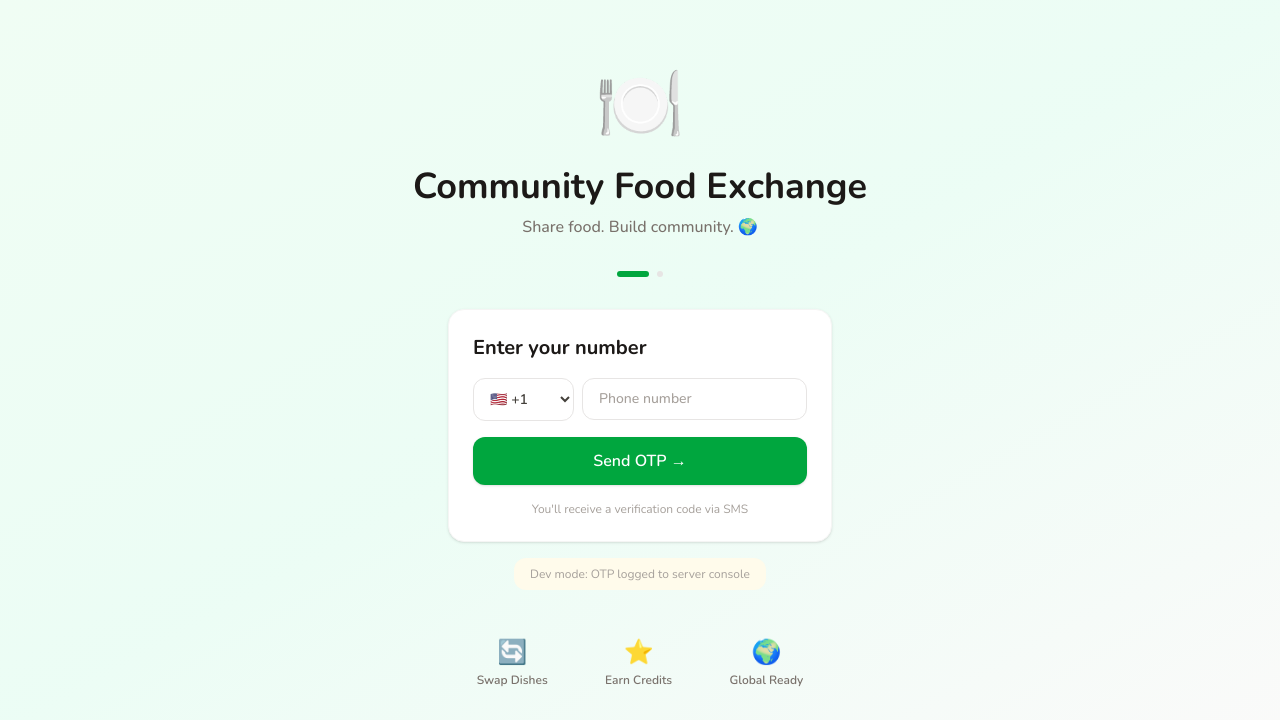
Repository: wikibro93-dot/cfe-app
Page: /login
These files come from the project's save history. The page is drawn as it stood at one moment and after the next save; the edit follows.
The browser window is 1280 px wide. The pictures show the whole page.
The project was rebuilt for these pictures with package versions that can differ from the ones it lists, and the page was loaded fresh each time. The framework's server and built-in components were replaced by stand-ins that run in the browser. Queries for data that is not in the repository find no rows. Also part of the build but not shown: next.config.ts.

Above is the page before, as saved 2026-03-07 18:55:18.

After the next save:
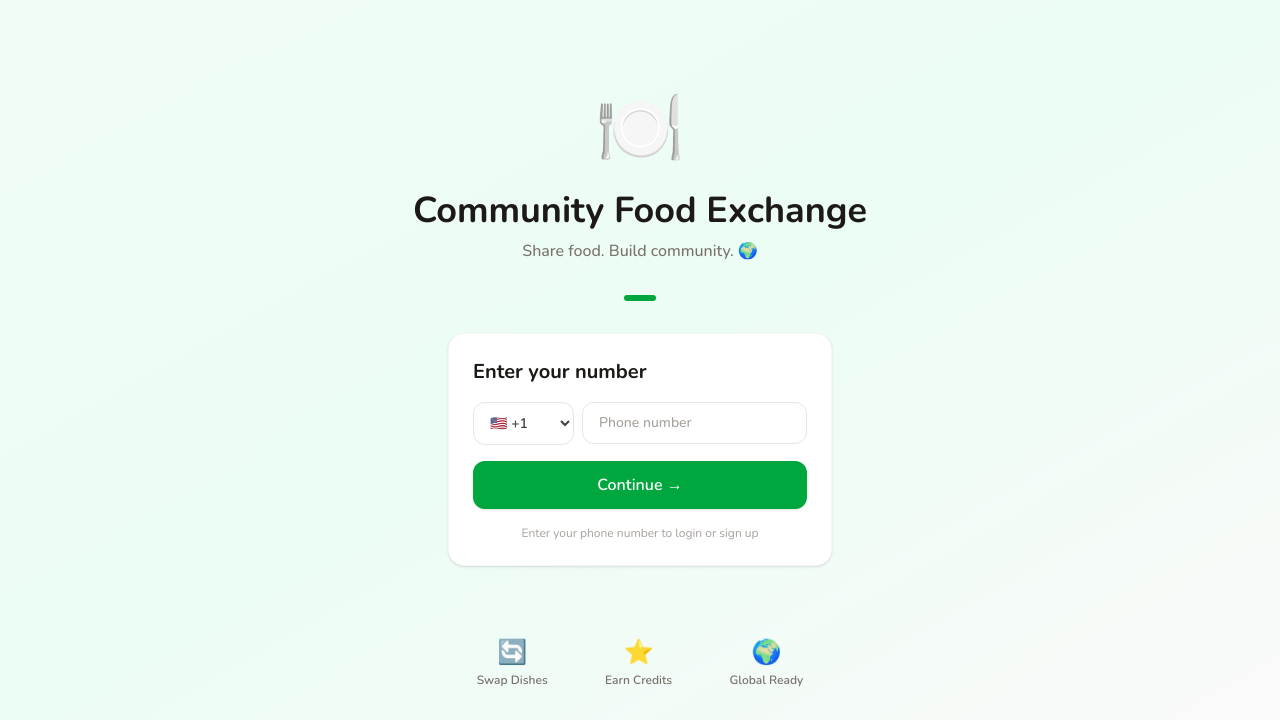
Saved 4 min 38 s later.
--- a/app/login/page.tsx
+++ b/app/login/page.tsx
@@ -7,7 +7,7 @@ import { Button } from "@/components/ui/Button";
 import { Input } from "@/components/ui/Input";
 import toast from "react-hot-toast";
 
-type Step = "phone" | "otp" | "name";
+type Step = "phone" | "name";
 
 const COUNTRIES = [
   { code: "+1", flag: "🇺🇸", name: "US" },
@@ -27,70 +27,70 @@ export default function LoginPage() {
   const [step, setStep] = useState<Step>("phone");
   const [countryCode, setCountryCode] = useState("+1");
   const [phone, setPhone] = useState("");
-  const [otp, setOtp] = useState("");
   const [name, setName] = useState("");
   const [loading, setLoading] = useState(false);
   const [isNewUser, setIsNewUser] = useState(false);
 
   const fullPhone = `${countryCode}${phone.replace(/^0+/, "")}`;
 
-  const handleSendOTP = async () => {
+  const handleLogin = async () => {
     if (!phone || phone.length < 7) {
       toast.error("Enter a valid phone number");
       return;
     }
     setLoading(true);
     try {
-      const res = await fetch("/api/auth/send-otp", {
+      // Detect language and currency
+      const lang = navigator.language?.split("-")[0] || "en";
+      const supportedLangs = ["en", "ur", "de", "es"];
+      const language = supportedLangs.includes(lang) ? lang : "en";
+
+      const res = await fetch("/api/auth/login", {
+        method: "POST",
+        headers: { "Content-Type": "application/json" },
+        body: JSON.stringify({ phone: fullPhone, name: name.trim(), language }),
+      });
+      const data = await res.json();
+      if (!res.ok) throw new Error(data.message);
+
+      setToken(data.token);
+      setUser(data.user);
+      setLanguage(data.user.language || language);
+      setCurrency(data.user.currency || "USD");
+
+      toast.success(`Welcome${isNewUser ? " to CFE!" : " back!"} 🎉`);
+      router.replace("/feed");
+    } catch (err: any) {
+      toast.error(err.message || "Login failed");
+    } finally {
+      setLoading(false);
+    }
+  };
+
+  const handleCheckUser = async () => {
+    if (!phone || phone.length < 7) {
+      toast.error("Enter a valid phone number");
+      return;
+    }
+    setLoading(true);
+    try {
+      const res = await fetch("/api/auth/check-user", {
         method: "POST",
         headers: { "Content-Type": "application/json" },
         body: JSON.stringify({ phone: fullPhone }),
       });
       const data = await res.json();
       if (!res.ok) throw new Error(data.message);
-      setIsNewUser(data.isNewUser);
-      setStep("otp");
-      toast.success(`OTP sent to ${fullPhone}`);
+
+      if (data.isNewUser) {
+        setIsNewUser(true);
+        setStep("name");
+      } else {
+        // Existing user, login directly
+        await handleLogin();
+      }
     } catch (err: any) {
-      toast.error(err.message || "Failed to send OTP");
-    } finally {
-      setLoading(false);
-    }
-  };
-
-  const handleVerifyOTP = async () => {
-    if (otp.length !== 6) {
-      toast.error("Enter the 6-digit OTP");
-      return;
-    }
-    if (isNewUser && !name.trim()) {
-      toast.error("Enter your name");
-      return;
-    }
-    setLoading(true);
-    try {
-      // Detect language and currency
-      const lang = navigator.language?.split("-")[0] || "en";
-      const supportedLangs = ["en", "ur", "de", "es"];
-      const language = supportedLangs.includes(lang) ? lang : "en";
-
-      const res = await fetch("/api/auth/verify-otp", {
-        method: "POST",
-        headers: { "Content-Type": "application/json" },
-        body: JSON.stringify({ phone: fullPhone, code: otp, name: name.trim(), language }),
-      });
-      const data = await res.json();
-      if (!res.ok) throw new Error(data.message);
-
-      setToken(data.token);
-      setUser(data.user);
-      setLanguage(data.user.language || language);
-      setCurrency(data.user.currency || "USD");
-
-      toast.success(`Welcome${isNewUser ? " to CFE!" : " back!"} 🎉`);
-      router.replace("/feed");
-    } catch (err: any) {
-      toast.error(err.message || "Invalid OTP");
+      toast.error(err.message || "Failed to check user");
     } finally {
       setLoading(false);
     }
@@ -110,7 +110,7 @@ export default function LoginPage() {
 
         {/* Step indicators */}
         <div className="flex gap-2 mb-8">
-          {["phone", "otp", ...(isNewUser ? ["name"] : [])].map((s, i) => (
+          {["phone", ...(isNewUser ? ["name"] : [])].map((s, i) => (
             <div
               key={s}
               className={`h-1.5 rounded-full transition-all duration-300 ${
@@ -141,44 +141,36 @@ export default function LoginPage() {
                   placeholder="Phone number"
                   value={phone}
                   onChange={(e) => setPhone(e.target.value)}
-                  onKeyDown={(e) => e.key === "Enter" && handleSendOTP()}
+                  onKeyDown={(e) => e.key === "Enter" && handleCheckUser()}
                 />
               </div>
-              <Button onClick={handleSendOTP} loading={loading} fullWidth size="lg">
-                Send OTP →
+              <Button onClick={handleCheckUser} loading={loading} fullWidth size="lg">
+                Continue →
               </Button>
               <p className="text-xs text-center text-stone-400">
-                You'll receive a verification code via SMS
+                Enter your phone number to login or sign up
               </p>
             </div>
           )}
 
-          {step === "otp" && (
+          {step === "name" && (
             <div className="bg-white rounded-2xl p-6 shadow-sm border border-stone-100 animate-fade-in-up space-y-4">
-              <h2 className="font-bold text-xl text-stone-900">Enter OTP</h2>
-              <p className="text-sm text-stone-500">Sent to {fullPhone}</p>
+              <h2 className="font-bold text-xl text-stone-900">What's your name?</h2>
+              <p className="text-sm text-stone-500">We're creating your account for {fullPhone}</p>
               <Input
-                type="number"
-                placeholder="6-digit code"
-                value={otp}
-                onChange={(e) => setOtp(e.target.value.slice(0, 6))}
-                onKeyDown={(e) => e.key === "Enter" && handleVerifyOTP()}
-                className="text-center text-2xl tracking-widest font-bold"
-                maxLength={6}
+                placeholder="Your name"
+                value={name}
+                onChange={(e) => setName(e.target.value)}
+                onKeyDown={(e) => e.key === "Enter" && handleLogin()}
               />
-              {isNewUser && (
-                <Input
-                  placeholder="Your name"
-                  value={name}
-                  onChange={(e) => setName(e.target.value)}
-                  label="What's your name?"
-                />
-              )}
-              <Button onClick={handleVerifyOTP} loading={loading} fullWidth size="lg">
-                {isNewUser ? "Create Account 🎉" : "Sign In →"}
+              <Button onClick={handleLogin} loading={loading} fullWidth size="lg">
+                Create Account 🎉
               </Button>
               <button
-                onClick={() => setStep("phone")}
+                onClick={() => {
+                  setStep("phone");
+                  setIsNewUser(false);
+                }}
                 className="w-full text-sm text-stone-400 hover:text-stone-600 transition-colors"
               >
                 ← Change number
@@ -186,13 +178,6 @@ export default function LoginPage() {
             </div>
           )}
         </div>
-
-        {/* Dev hint */}
-        {process.env.NODE_ENV === "development" && (
-          <p className="mt-4 text-xs text-stone-400 text-center bg-amber-50 rounded-xl px-4 py-2">
-            Dev mode: OTP logged to server console
-          </p>
-        )}
       </div>
 
       {/* Features strip */}
